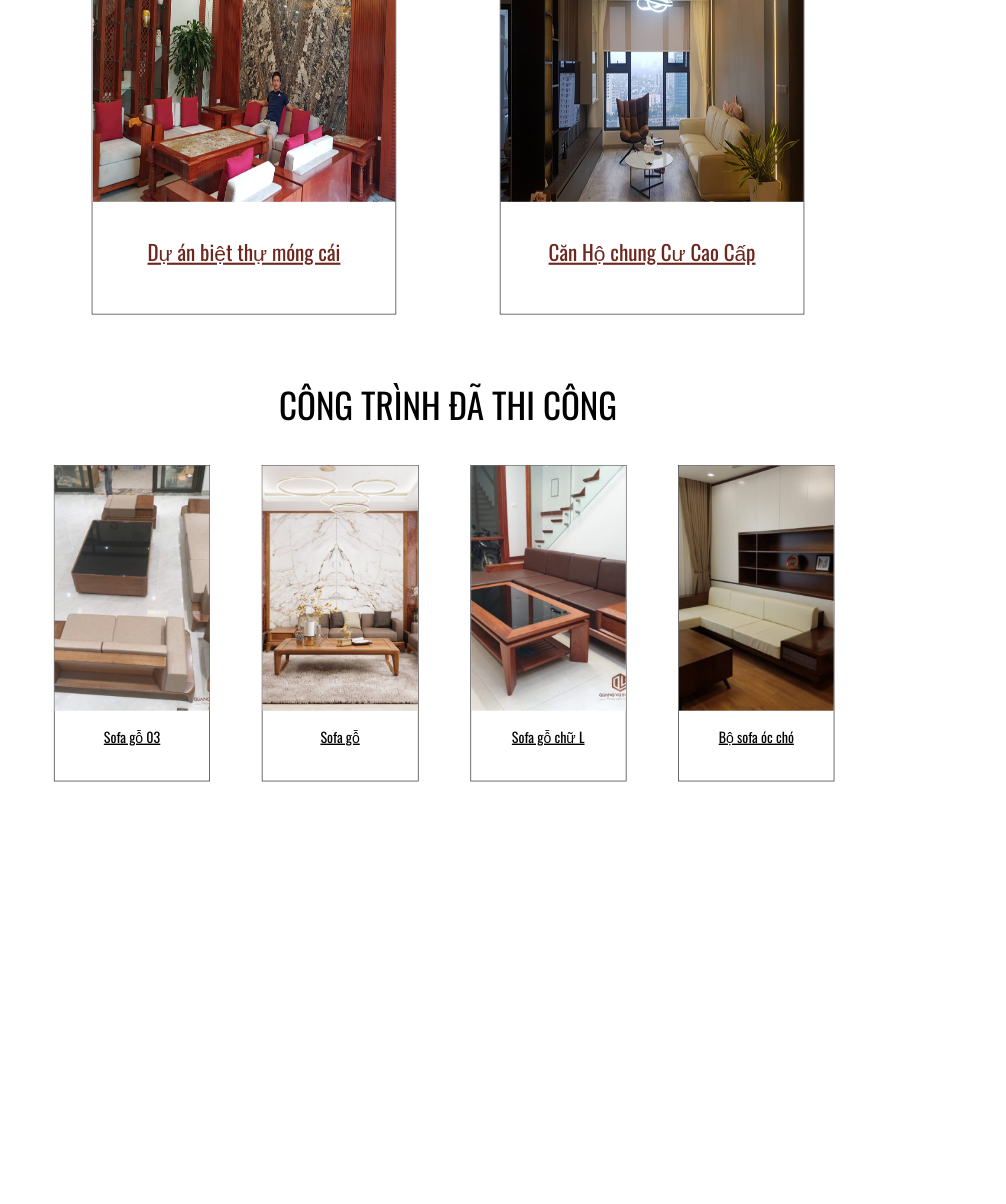
Repository: KHANHD192/FigmaTo-HTML
Page: APP-SHOP/index.html
The author's editor kept a copy of each file at every save. The page is drawn from the files as they stood at one save, then again after the next save.
The browser window is 1280 px wide. The page is 1437 px wide, so the pictures cover 1437 px, including what lies to the right of the window. The pictures show the part of the page from y = 2656 to 4376 px (the page is 4376 px tall), at 70% of full size.

Above is the page before, as saved 2022-11-21 18:00:48.

### APP-SHOP/index.html
<!DOCTYPE html>
<html lang="en">
<head>
    <meta charset="UTF-8">
    <meta http-equiv="X-UA-Compatible" content="IE=edge">
    <meta name="viewport" content="width=device-width, initial-scale=1.0">
    <title>APP-SHOP</title>
    <link rel="stylesheet" href="https://cdnjs.cloudflare.com/ajax/libs/normalize/8.0.1/normalize.min.css" integrity="sha512-NhSC1YmyruXifcj/KFRWoC561YpHpc5Jtzgvbuzx5VozKpWvQ+4nXhPdFgmx8xqexRcpAglTj9sIBWINXa8x5w==" crossorigin="anonymous" referrerpolicy="no-referrer" />
    <link rel="stylesheet" href="./asset/Css_main/base.css">
    <link rel="stylesheet" href="./asset/Css_main/main.css">
    <link rel="preconnect" href="https://fonts.googleapis.com">
     <link rel="preconnect" href="https://fonts.gstatic.com" crossorigin>
</head>
<body>
    <div class="app">
         <header class="app__header">
                 <div class="header__nav-bar">
                    <ul class="nav-bar__item">
                        <li>
                            <a href="./index.html" class="nav-bar__item-link">Trang chủ</a>
                        </li>
                        <li>
                            <a href="#" class="nav-bar__item-link">Sản phẩm</a>
                        </li>
                        <li>
                            <a href="./ctdtc.html" class="nav-bar__item-link">Công trình đã thi công</a>
                        </li>
                        <li>
                            <a href="./tintuc.html" class="nav-bar__item-link">Tin tức</a>
                        </li>
                    </ul>
                    <ul class="nav-bar__icon">
                        <li>
                            <img src="./asset/IMG/image 3.png" alt="" class="logo">
                        </li>
                        <li>
                            <img src="./asset/IMG/image 2.png" alt="" class="logo">
                        </li>
                    </ul>
                 </div>
                 <div class="header__background">
                     <img src="./asset/IMG/image 4.png" alt="background">
                 </div>
         </header>
     <div class="app__container">
        <div class="container__collect">
            <div class="collect1">
                <h2 class="title">PHÒNG KHÁCH / SOFA GỖ</h2>
                <ul class="list__item">
                    <li>
                        <div class="wrap__image">
                            <img src="./asset/IMG/image 5.png" alt="" class="item__image">
                        </div>
                        <a href="https://noithatquangvu.vn/san-pham/sofa-go-3/" class="item__image-link">Sofa gỗ 03</a>
                    </li>
                    <li>
                          <div class="wrap__image">
                            <img src="./asset/IMG/image 5 (1).png" alt="" class="item__image">
                          </div>
                        <a href="https://noithatquangvu.vn/san-pham/sofa-go/" class="item__image-link">Sofa gỗ</a>
                    </li>
                    <li>
                         <div class="wrap__image">
                            <img src="./asset/IMG/image 6.png" alt="" class="item__image">
                         </div>
                        <a href="https://noithatquangvu.vn/san-pham/sofa-go-chu-l/" class="item__image-link">Sofa gỗ chữ L</a>
                    </li>
                    <li>
                       <div class="wrap__image">
                        <img src="./asset/IMG/image 6 (1).png" alt="" class="item__image">
                       </div>
                        <a href="https://noithatquangvu.vn/san-pham/bo-sofa-go-oc-cho-ms10/" class="item__image-link">Bộ sofa óc chó</a>
                    </li>

                </ul>
            </div>
            <div class="collect1">
                <h2 class="title">PHÒNG NGỦ</h2>
                <ul class="list__item">
                    <li>
                        <div class="wrap__image">
                            <img src="./asset/IMG/image 5 (2).png" alt="" class="item__image">
                        </div>
                        <a href="https://noithatquangvu.vn/san-pham/giuong-ngu/" class="item__image-link">Giường ngủ M221</a>
                    </li>
                    <li>
                          <div class="wrap__image">
                            <img src="./asset/IMG/image 5 (3).png" alt="" class="item__image">
                          </div>
                        <a href="https://noithatquangvu.vn/san-pham/giuong-ngu-dep/" class="item__image-link">Giường ngủ đẹp</a>
                    </li>
                    <li>
                         <div class="wrap__image">
                            <img src="./asset/IMG/image 5 (4).png" alt="" class="item__image">
                         </div>
                        <a href="https://noithatquangvu.vn/san-pham/giuong-ngu-hien-dai/" class="item__image-link">Giường ngủ hiện đại</a>
                    </li>
                    <li>
                       <div class="wrap__image">
                        <img src="./asset/IMG/image 5 (5).png" alt="" class="item__image">
                       </div>
                        <a href="https://noithatquangvu.vn/san-pham/giuong-tron-dep/" class="item__image-link">Giường tròn đẹp</a>
                    </li>

                </ul>
            </div>
            <div class="collect1">
                <h2 class="title">PHÒNG BẾP</h2>
                <ul class="list__item">
                    <li>
                        <div class="wrap__image">
                            <img src="./asset/IMG/image 5 (6).png" alt="" class="item__image">
                        </div>
                        <a href="https://noithatquangvu.vn/san-pham/tu-bep-go-oc-cho/" class="item__image-link">Tủ bếp gỗ óc chó</a>
                    </li>
                    <li>
                          <div class="wrap__image">
                            <img src="./asset/IMG/image 5 (7).png" alt="" class="item__image">
                          </div>
                        <a href="https://noithatquangvu.vn/san-pham/tu%cc%89-ruo%cc%a3u/" class="item__image-link">Tủ rượu</a>
                    </li>
                    <li>
                         <div class="wrap__image">
                            <img src="./asset/IMG/image 5 (8).png" alt="" class="item__image">
                         </div>
                        <a href="https://noithatquangvu.vn/san-pham/bo%cc%a3-ban-ghe-an/" class="item__image-link">Bộ bàn ghế ăn</a>
                    </li>
                    <li>
                       <div class="wrap__image">
                        <img src="./asset/IMG/image 5 (9).png" alt="" class="item__image">
                       </div>
                        <a href="https://noithatquangvu.vn/san-pham/tu%cc%89-bep-_-ms01/" class="item__image-link">Tủ Bếp_TB01</a>
                    </li>

                </ul>
            </div>
        </div>
        <div class="container__project">
            <div class="project__tiltle">
                <p>DỰ ÁN TIÊU BIỂU</p>
            </div>
             <ul class="list__project">
                <li class="list__project-item">
                    <div class="enfold__image">
                        <img src="./asset/IMG/image 7.png" alt="" class="item__project">
                    </div>
                    <a href="https://noithatquangvu.vn/san-pham/bo%cc%a3-ban-ghe-an/" class="item__project-link">Dự án biệt thự móng cái </a>
                </li>
                <li class="list__project-item">
                    <div class="enfold__image">
                        <img src="./asset/IMG/image 7 (1).png" alt="" class="item__project">
                    </div>
                    <a href="https://noithatquangvu.vn/san-pham/bo%cc%a3-ban-ghe-an/" class="item__project-link">Căn Hộ chung Cư Cao Cấp</a>
                </li>

             </ul>
        </div>
        <div class="container__detail">
            <div class="collect1">
                <p>CÔNG TRÌNH ĐÃ THI CÔNG</p>
                <ul class="list__item">
                    <li>
                        <div class="wrap__image">
                            <img src="./asset/IMG/image 5.png" alt="" class="item__image">
                        </div>
                        <a href="https://noithatquangvu.vn/san-pham/sofa-go-3/" class="item__image-link">Sofa gỗ 03</a>
                    </li>
                    <li>
                          <div class="wrap__image">
                            <img src="./asset/IMG/image 5 (1).png" alt="" class="item__image">
                          </div>
                        <a href="https://noithatquangvu.vn/san-pham/sofa-go/" class="item__image-link">Sofa gỗ</a>
                    </li>
                    <li>
                         <div class="wrap__image">
                            <img src="./asset/IMG/image 6.png" alt="" class="item__image">
                         </div>
                        <a href="https://noithatquangvu.vn/san-pham/sofa-go-chu-l/" class="item__image-link">Sofa gỗ chữ L</a>
                    </li>
                    <li>
                       <div class="wrap__image">
                        <img src="./asset/IMG/image 6 (1).png" alt="" class="item__image">
                       </div>
                        <a href="https://noithatquangvu.vn/san-pham/bo-sofa-go-oc-cho-ms10/" class="item__image-link">Bộ sofa óc chó</a>
                    </li>

                </ul>
            </div>
        </div>
     </div>
    </div>
</body>
</html>

### APP-SHOP/asset/Css_main/base.css
@import url('https://fonts.googleapis.com/css2?family=Oswald&family=Roboto:wght@100&display=swap');
/* header */
html{
    font-size: 62.5%;
    box-sizing: border-box;
    font-family: 'Oswald', sans-serif;
}
.app{
    max-width: 1800px;
}
.app__header{

}
.header__nav-bar{
      display: flex;
      justify-content: space-between;
      height: 60px;
      background-color: #3C1700;;
}
.nav-bar__item {
    width: 603px;
    height: 30px;
    list-style: none;
    display: flex;
    font-family: 'Oswald', sans-serif;
    font-size: 20px;
    line-height: 29.64px;
    margin-top: 15px;
    margin-bottom: 15px ;
    margin-left: 63px;
}
.nav-bar__item-link{
    text-decoration: none;
    color: #FFFFFF;
    margin-right: 28px;
}
.header__nav-bar:not(:last-child){
    margin-right: 0;
}
.nav-bar__icon{
    list-style: none;
    display: flex;
    margin-top: 15px;
    margin-bottom: 15px ;
    margin-right: 15px;
}
.logo{
    width: 30px;
    height: 30px;
}
.logo:last-child{
    margin-left: 22px;
}
.header__background{
    width:100%;
    height: 420px;
}
.header__background img{
    width: 100%;
    height: 100%;
    object-fit: cover;
}
/* footer */

### APP-SHOP/asset/Css_main/main.css
.app__container{
 max-width: 1800px;
    height: 3835px;
}
.collect1 h2{
    width: 285px;
    height: 42px;
    font-family: 'Oswald', sans-serif;
    font-weight: 400;
    font-size: 30px;
    line-height: 44.46px;
    color: #000000;
    position: relative;
    margin-top: 61px;
    margin-bottom: 61px;
    margin-left: 72px;
}
.collect1 h2::after{
    content: "";
    position: absolute;
    width: 1365px;
    height: 4px;
    background-color: #D9D9D9;
    left:0;
    bottom: -10px;

}
.collect1 .list__item{
    list-style: none;
    display: flex;
    margin-left:77px;
    margin-right: 88px;
    padding-left: 0;
}
.list__item li {
   max-width: 350px;
    height: 450px;
    border:  1px solid #332F2F;
    margin-right: 74px;
}
.list__item li:last-child{
    margin-right: 0;
}
li .wrap__image{
   max-width: 350px;
    height: 350px;
}
.item__image-link{
    display: block;
    max-width:100%;
    height: 63px;
    font-size: 20px;
    font-weight: 400;
    line-height: 44.46px;
   text-align: center;
   padding-top: 1.5rem;
    color: #000000;
}
li .wrap__image img{
    width: 100%;
    height: 100%;
    object-fit: cover;
}

.project__tiltle p {
    text-align: center;
    margin-top:91px;
    font-size: 50px;
    line-height: 74.1px;
    margin-bottom: 50px;
}
.list__project{
    display:flex;
    list-style: none;
    margin-left:131px;
    margin-right:131px;
    padding-left: 0;
    justify-content: space-between;
}
.list__project-item{
    max-width: 700px;
    height: 560px;
    border:  1px solid #332F2F;
}
.enfold__image{
    max-width: 700px;
    height: 400px;
}
.enfold__image img {
    width: 100%;
    height: 100%;
}
.item__project-link{
    display: block;
    max-width:100%;
    height: 63px;
    font-size: 30px;
    font-weight: 400;
    line-height: 44.46px;
   text-align: center;
   padding-top: 5rem;
    color:#6C271E;
}
.list__project-item:first-child{
    margin-right: 148px;
}
.collect1 p {
    text-align: center;
    margin-top:91px;
    font-size: 50px;
    line-height: 74.1px;
    margin-bottom: 50px;
}

After the next save:
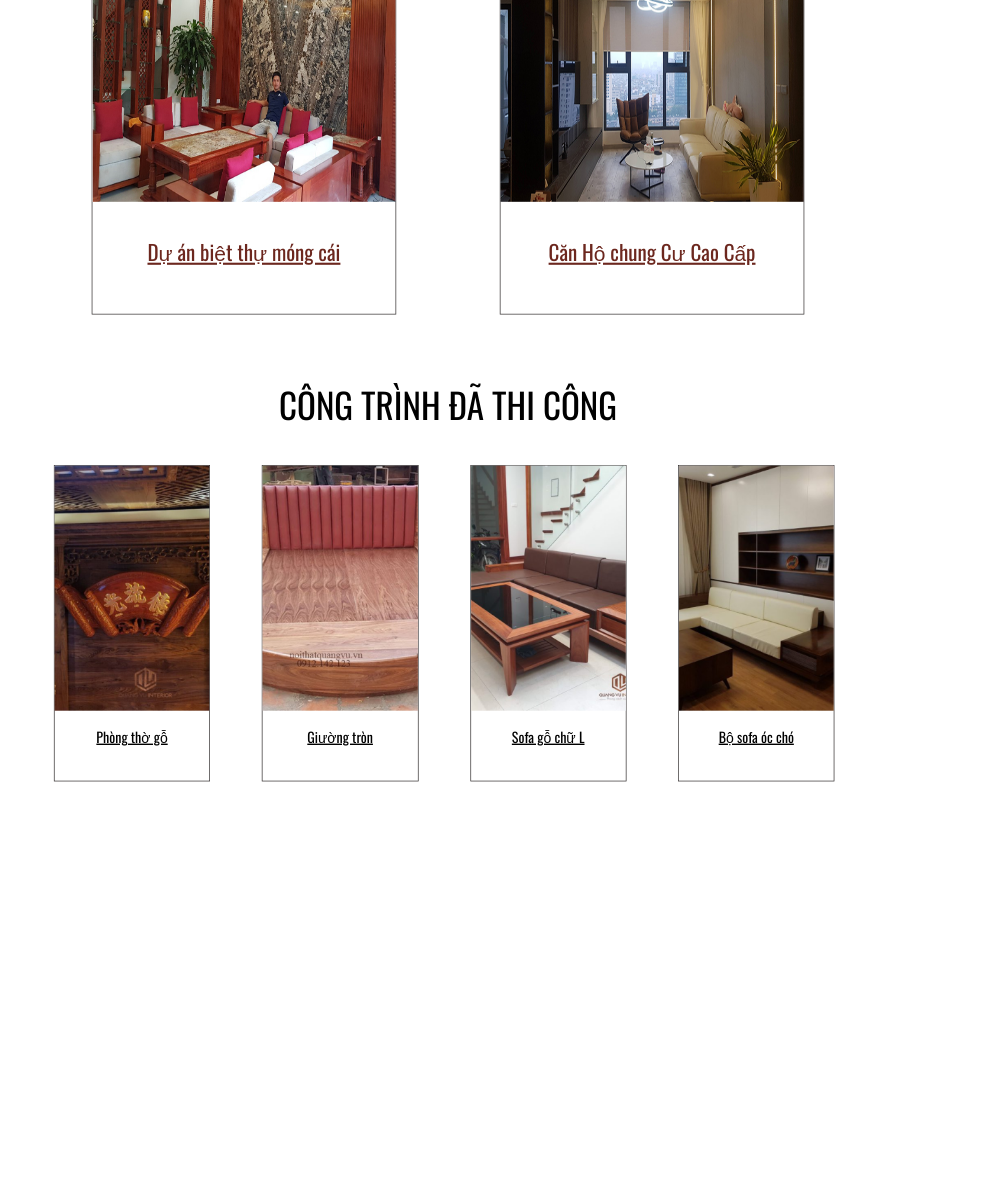
Saved 3 min 4 s later.
--- a/APP-SHOP/index.html
+++ b/APP-SHOP/index.html
@@ -161,15 +161,16 @@
                 <ul class="list__item">
                     <li>
                         <div class="wrap__image">
-                            <img src="./asset/IMG/image 5.png" alt="" class="item__image">
+                            <img src="./asset/IMG/image 5 (10).png" alt="" class="item__image">
                         </div>
-                        <a href="https://noithatquangvu.vn/san-pham/sofa-go-3/" class="item__image-link">Sofa gỗ 03</a>
+                        <a href="https://noithatquangvu.vn/san-pham/sofa-go-3/" class="item__image-link">Phòng thờ gỗ</a>
                     </li>
                     <li>
                           <div class="wrap__image">
-                            <img src="./asset/IMG/image 5 (1).png" alt="" class="item__image">
+                            <img src="./asset/IMG/image 5 (11).png" alt="" class="item__image">
                           </div>
-                        <a href="https://noithatquangvu.vn/san-pham/sofa-go/" class="item__image-link">Sofa gỗ</a>
+                        <a href="https://noithatquangvu.vn/san-pham/giuong-tron/" class="item__image-link">Giường tròn
+                        </a>
                     </li>
                     <li>
                          <div class="wrap__image">
